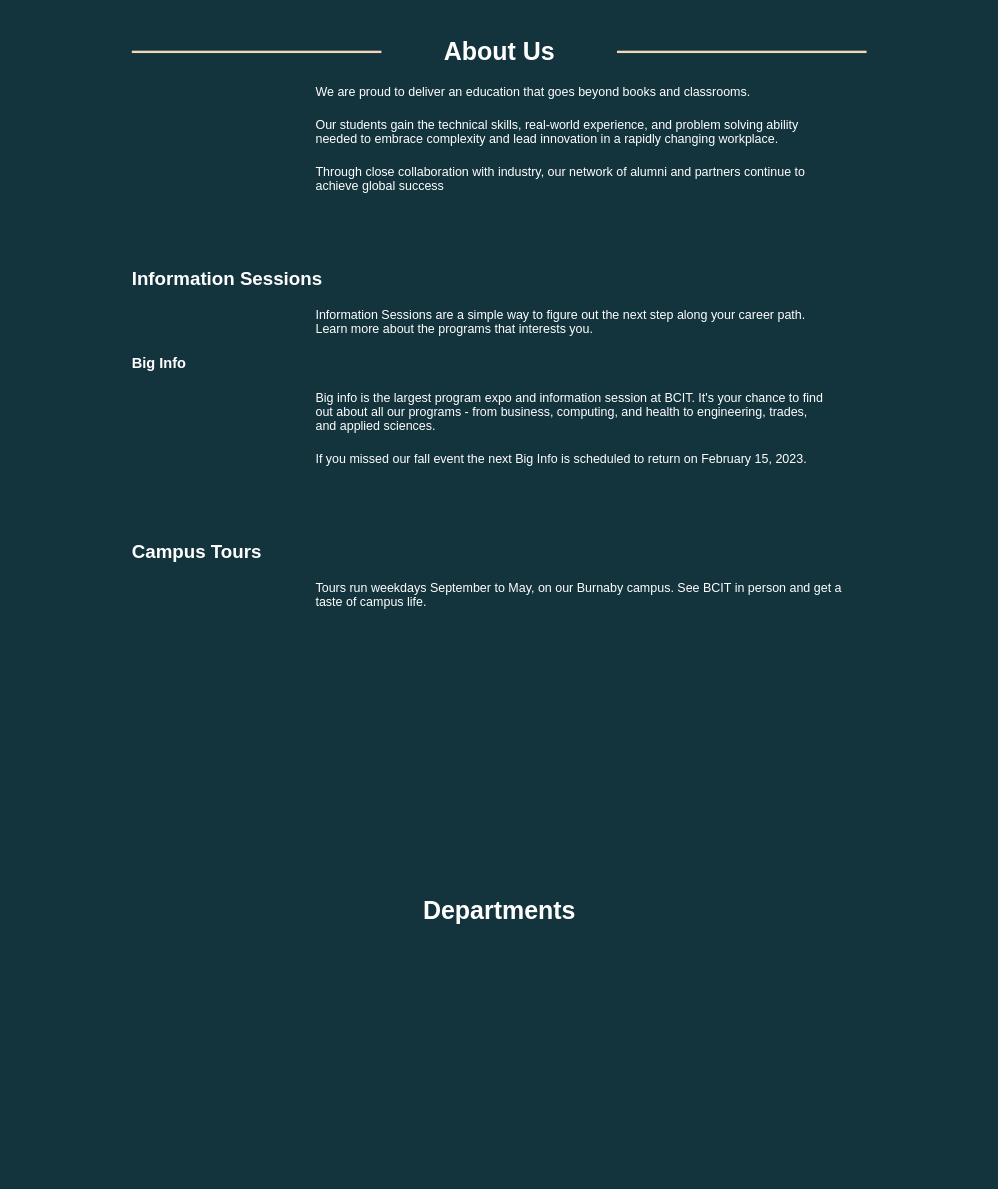
Repository: jennydmcm/assignment-1-playwright-site-A01338943
Page: /about
An editor plug-in stored every save of this project. The page is shown before and after the next save, followed by the edit.
The browser window is 1280 px wide. The pictures show the whole page, at 78% of full size.
The project was rebuilt for these pictures with package versions that can differ from the ones it lists, and the page was loaded fresh each time. The framework's server and built-in components were replaced by stand-ins that run in the browser. Also part of the build but not shown: next.config.js.

Above is the page before, as saved 2023-02-08 13:38:45.

After the next save:
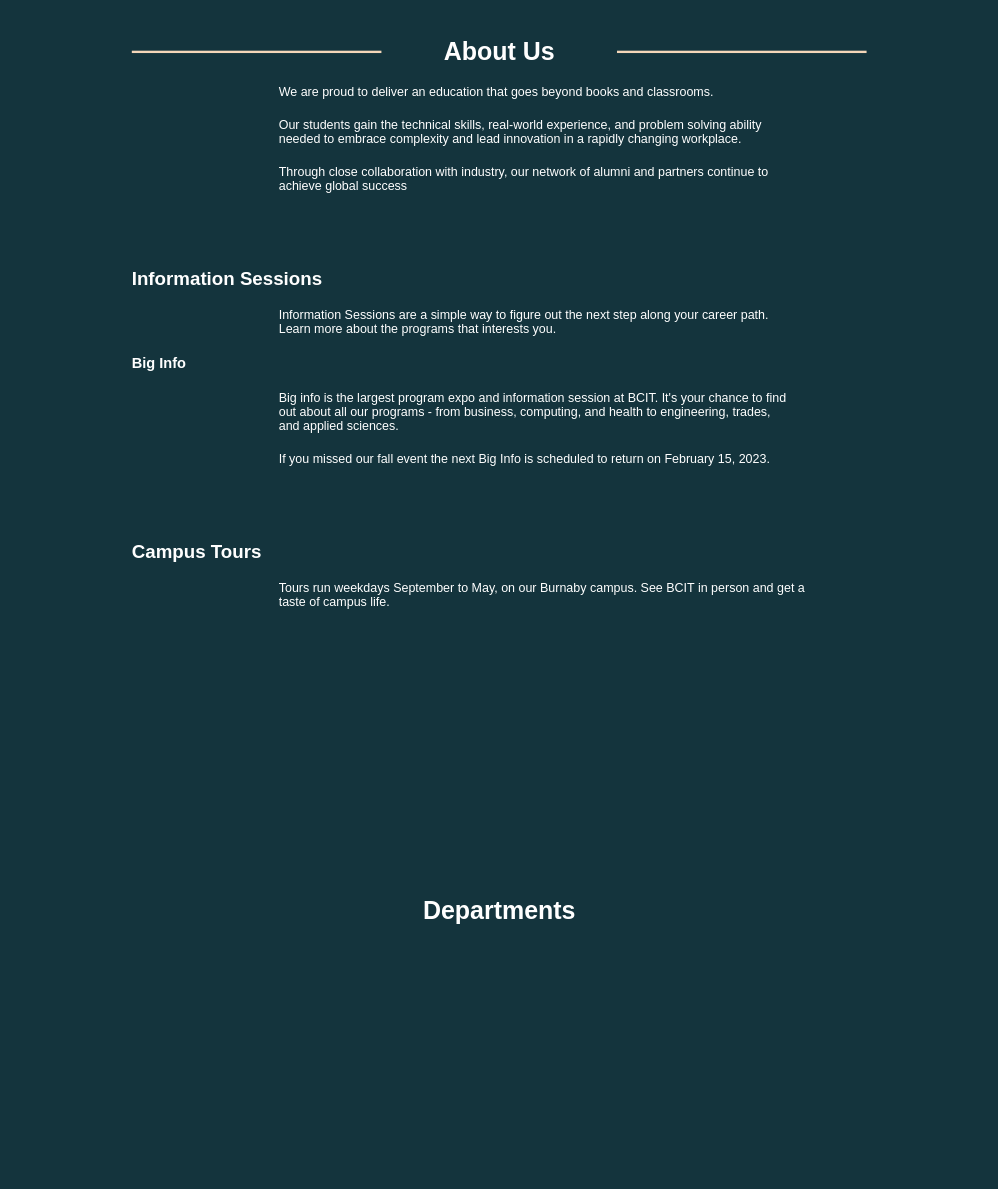
Saved 4 s later.
--- a/styles/About.module.css
+++ b/styles/About.module.css
@@ -56,7 +56,7 @@
 
 .mainText{
     padding-top: 1.5rem;
-    padding-left: 25%;
+    padding-left: 20%;
 
 }
 
